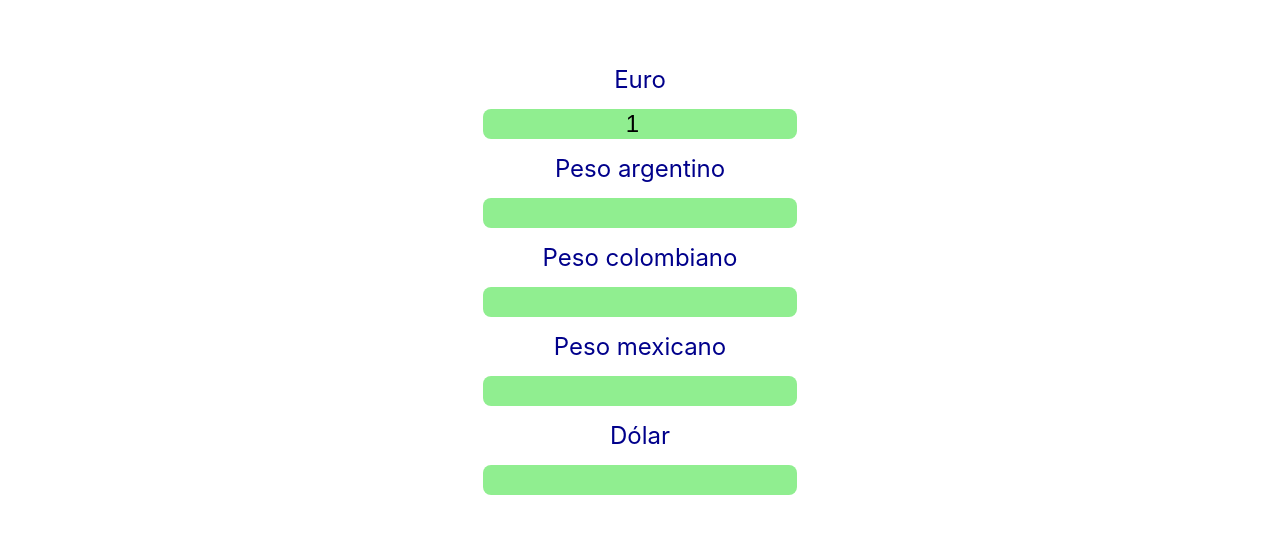
Repository: abgdev1997/ejercicios-react
Page: /
The author's editor kept a copy of each file at every save. The page is drawn from the files as they stood at one save, then again after the next save.
The browser window is 1280 px wide. The pictures show the whole page.
The project was rebuilt for these pictures with package versions that can differ from the ones it lists, and the page was loaded fresh each time.

Above is the page before, as saved 2022-02-22 14:23:03.

After the next save:
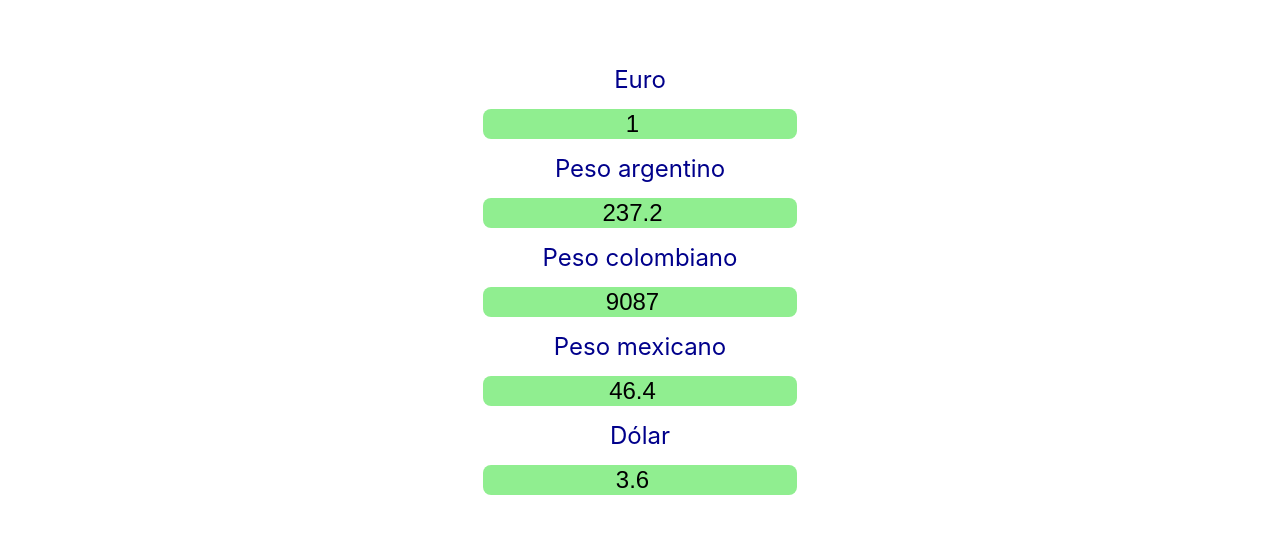
Saved 2 min 9 s later.
--- a/src/AppConversor.js
+++ b/src/AppConversor.js
@@ -17,6 +17,7 @@ function AppConversor() {
       }else{
           setEuro(e.target.value);
       }
+      cambioMonedas();
   }
 
   const cambioMonedas = () => {
@@ -32,13 +33,13 @@ function AppConversor() {
       <label className="label">Euro</label>
       <input type="number" value={euro} onChange={modificarEuro} className="input"></input>
       <label className="label">Peso argentino</label>
-      <input className="input" readOnly></input>
+      <input type="number" value={monedas.pesoArgentino} className="input" readOnly></input>
       <label className="label">Peso colombiano</label>
-      <input className="input" readOnly></input>
+      <input type="number" value={monedas.pesoColombiano} className="input" readOnly></input>
       <label className="label">Peso mexicano</label>
-      <input className="input" readOnly></input>
+      <input type="number" value={monedas.pesoMexicano} className="input" readOnly></input>
       <label className="label">Dólar</label>
-      <input className="input" readOnly></input>
+      <input type="number" value={monedas.dolar} className="input" readOnly></input>
   </div>;
 }
 export default AppConversor;
